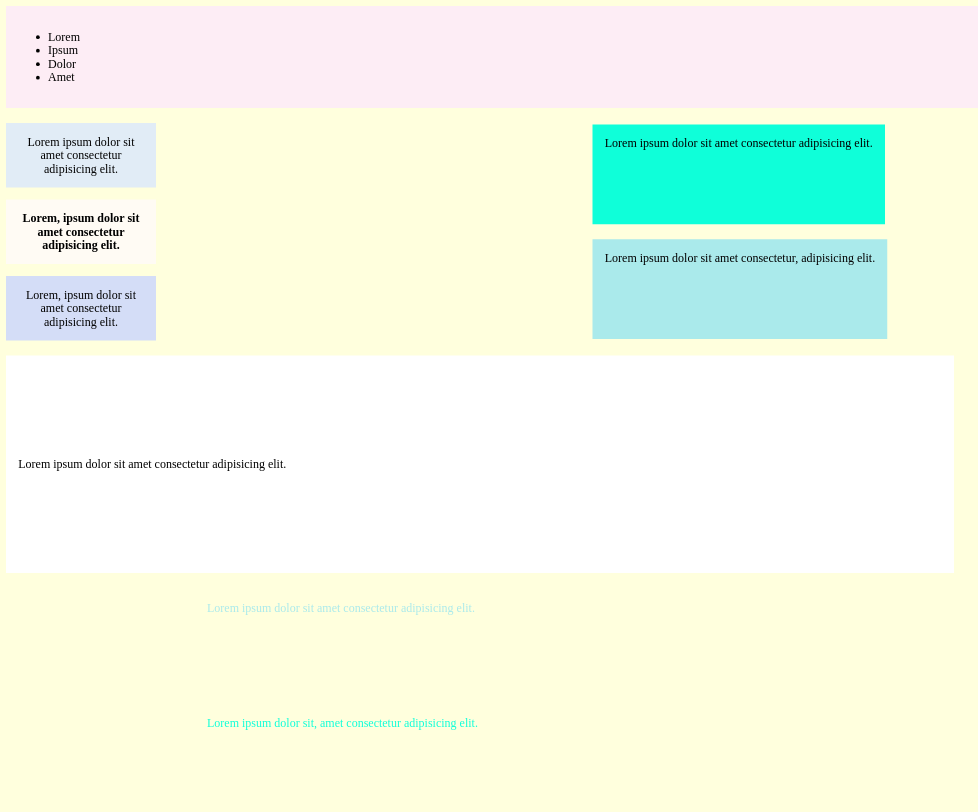
Repository: HTML-a-CSS-2/projekt-portfolio-Angelina555555
Page: .github/index.html
The author's editor kept a copy of each file at every save. The page is drawn from the files as they stood at one save, then again after the next save.
The browser window is 1280 px wide. The page is 1304 px wide, so the pictures cover 1304 px, including what lies to the right of the window. The pictures show the whole page, at 75% of full size.

Above is the page before, as saved 2022-05-15 21:58:21.

After the next save:
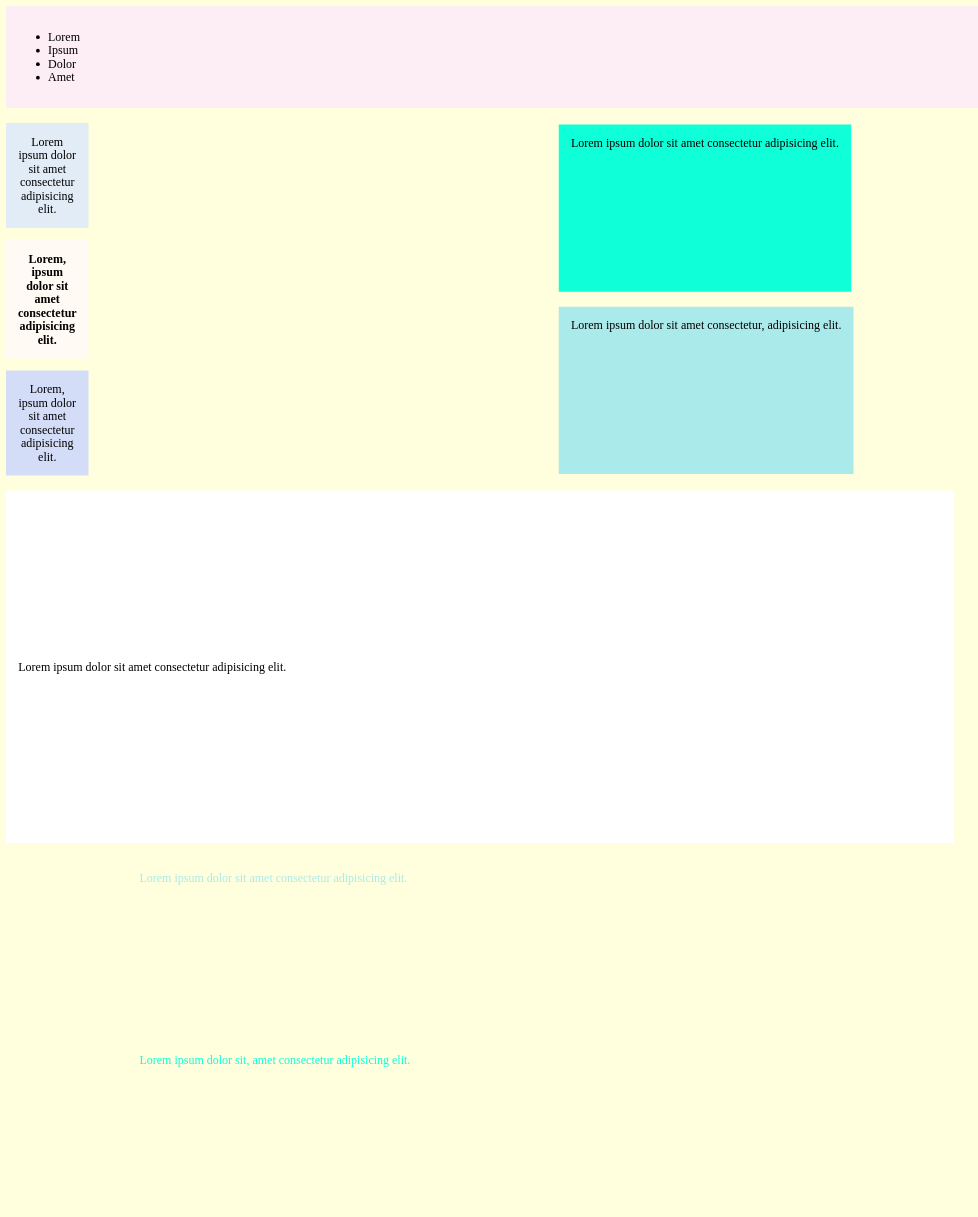
Saved 38 s later.
--- a/.github/default.css
+++ b/.github/default.css
@@ -4,7 +4,7 @@ body {
 .container {
   display: grid;
   grid-template-columns: repeat(3, 1fr);
-  grid-template-columns: minmax(200px, 1fr);
+  grid-template-columns: minmax(auto, 1fr);
   grid-template-rows: 1fr 1fr 1fr;
   gap: 20px 50px;
 }
